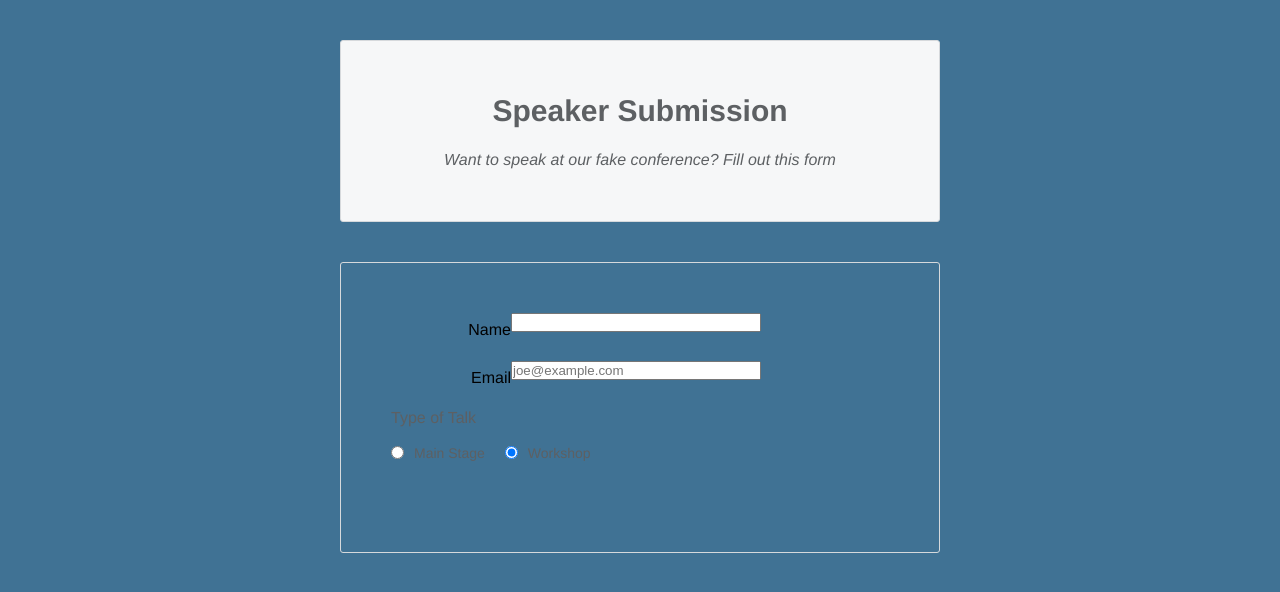
Repository: randomUser134923/pet-projects
Page: CSS_practice/7_forms/index.html
The author's editor kept a record of every edit. The page is drawn from the files as they stood at one moment, then again after the next edit.
The browser window is 1280 px wide. The pictures show the whole page.

Above is the page before.

After the next edit:
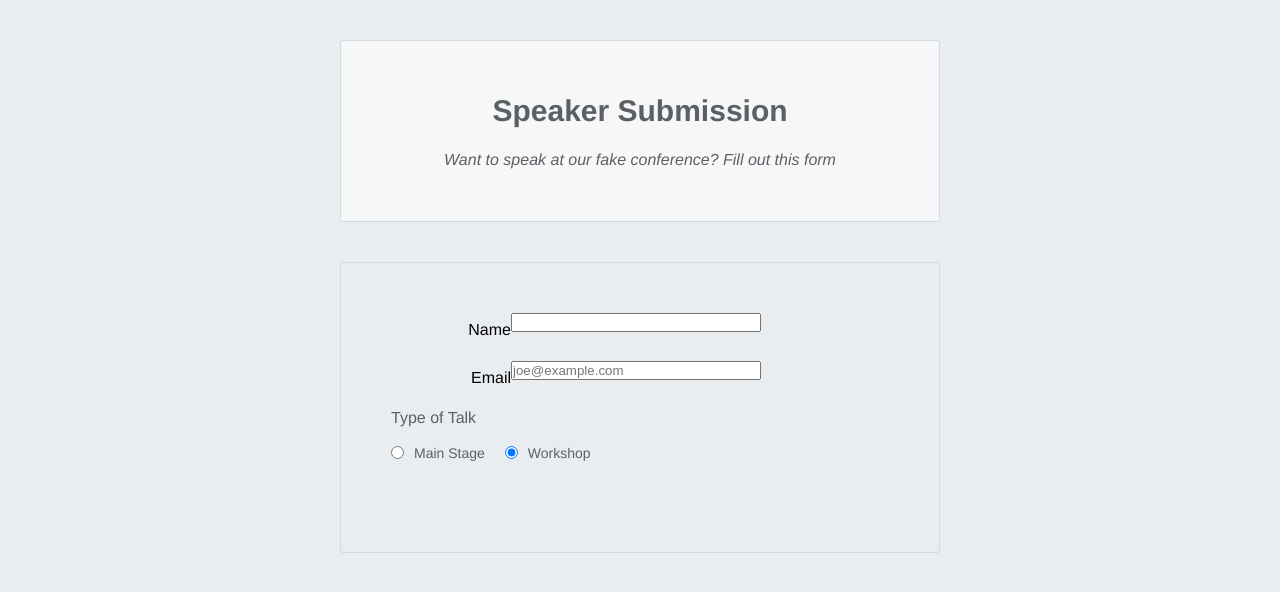
The edit:
--- a/CSS_practice/7_forms/style.css
+++ b/CSS_practice/7_forms/style.css
@@ -97,9 +97,6 @@
 
 @media only screen and (min-width: 700px) {
 
-    body {
-        background-color: #407294;
-    }
 
     .speaker-form-header , .speaker-form {
         width: 600px;
